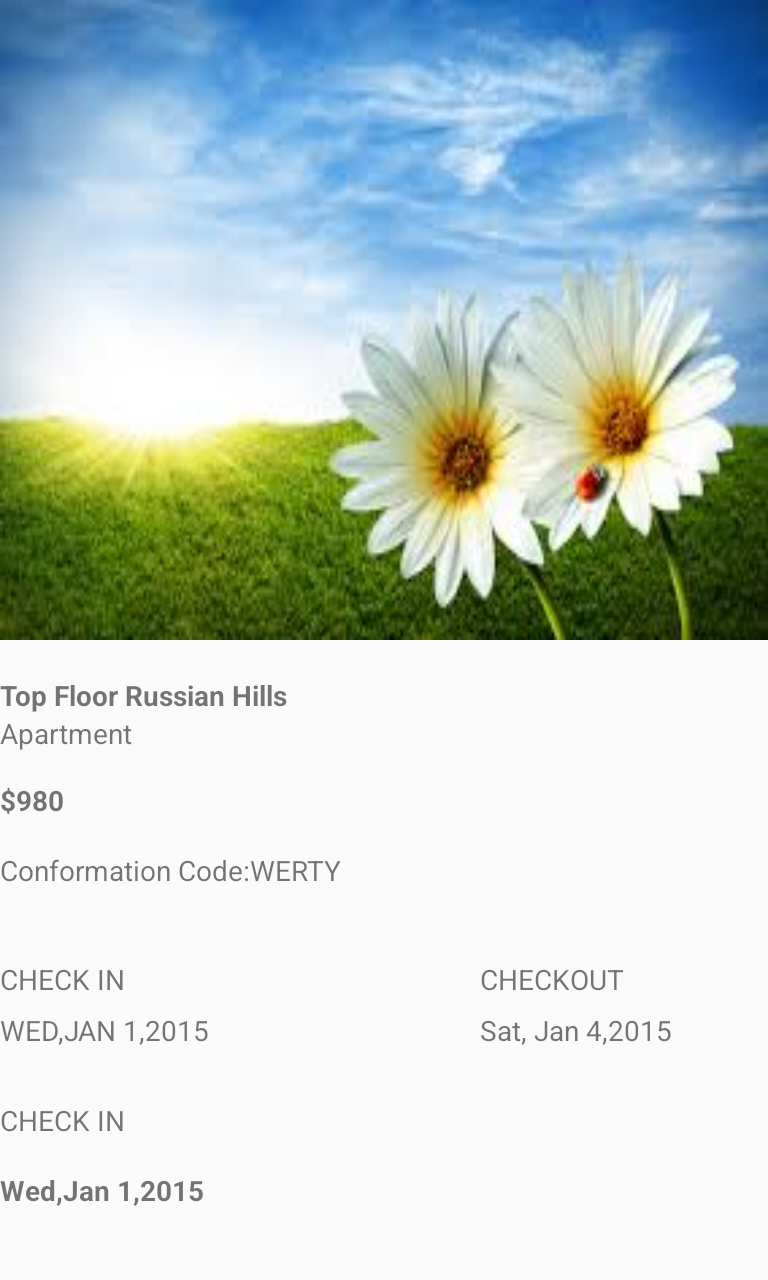
Repository: adarshnair13/my-project
Layout: example8/res/layout/activity_main.xml
The author's editor kept a copy of each file at every save. The layout is drawn from the files as they stood at one save, then again after the next save.
It is drawn on a 768 x 1280 px phone screen (xhdpi) without system bars, with theme AppTheme; the app's code is not run.

Above is the layout before, as saved 2015-02-05 09:48:44.

### example8/res/layout/activity_main.xml
<LinearLayout xmlns:android="http://schemas.android.com/apk/res/android"
    xmlns:tools="http://schemas.android.com/tools"
    android:id="@+id/LinearLayout1"
    android:layout_width="match_parent"
    android:layout_height="match_parent"
    android:orientation="vertical"
    android:weightSum="2.0"
    tools:context="com.adarsh.example8.MainActivity" >

    <RelativeLayout
        android:layout_width="match_parent"
        android:layout_height="0dp"
        android:layout_weight="1.0"
        android:background="@drawable/imagesr" >
    </RelativeLayout>

    <LinearLayout
        android:layout_width="match_parent"
        android:layout_height="0dp"
        android:layout_weight="1.0"
        android:orientation="vertical"
        android:weightSum="4.0" >

        <RelativeLayout
            android:layout_width="match_parent"
            android:layout_height="0dp"
            android:layout_weight="1.0" >

            <TextView
                android:id="@+id/textView1"
                android:layout_width="wrap_content"
                android:layout_height="wrap_content"
                android:layout_alignParentLeft="true"
                android:layout_alignParentTop="true"
                android:layout_marginTop="18dp"
                android:text="Top Floor Russian Hills"
                android:textStyle="bold" />

            <TextView
                android:id="@+id/textView2"
                android:layout_width="wrap_content"
                android:layout_height="wrap_content"
                android:layout_alignParentLeft="true"
                android:layout_below="@+id/textView1"
                android:text="Apartment" />
        </RelativeLayout>

        <RelativeLayout
            android:layout_width="match_parent"
            android:layout_height="wrap_content"
            android:layout_weight="1.0" >

            <TextView
                android:id="@+id/textView4"
                android:layout_width="match_parent"
                android:layout_height="wrap_content"
                android:layout_centerVertical="true"
                android:text="Conformation Code:WERTY" />

            <TextView
                android:id="@+id/textView3"
                android:layout_width="wrap_content"
                android:layout_height="wrap_content"
                android:layout_alignParentLeft="true"
                android:layout_alignParentTop="true"
                android:text="$980"
                android:textStyle="bold" />
        </RelativeLayout>

        <LinearLayout
            android:id="@+id/LinearLayout2"
            android:layout_width="match_parent"
            android:layout_height="0dp"
            android:layout_weight="1.0"
            android:orientation="horizontal"
            android:weightSum="2.0" >

            <RelativeLayout
                android:layout_width="0dp"
                android:layout_height="match_parent"
                android:layout_weight="1.0" >

                <TextView
                    android:id="@+id/textView7"
                    android:layout_width="wrap_content"
                    android:layout_height="wrap_content"
                    android:layout_alignParentLeft="true"
                    android:layout_alignParentTop="true"
                    android:text="CHECK IN" />

                <TextView
                    android:id="@+id/textView8"
                    android:layout_width="wrap_content"
                    android:layout_height="wrap_content"
                    android:layout_alignParentLeft="true"
                    android:layout_centerVertical="true"
                    android:text="WED,JAN 1,2015" />
            </RelativeLayout>

            <RelativeLayout
                android:layout_width="0dp"
                android:layout_height="match_parent"
                android:layout_weight="1.0" >

                <TextView
                    android:id="@+id/textView10"
                    android:layout_width="wrap_content"
                    android:layout_height="wrap_content"
                    android:layout_centerHorizontal="true"
                    android:layout_centerVertical="true"
                    android:text="Sat, Jan 4,2015" />

                <TextView
                    android:id="@+id/textView9"
                    android:layout_width="wrap_content"
                    android:layout_height="wrap_content"
                    android:layout_alignLeft="@+id/textView10"
                    android:layout_alignParentTop="true"
                    android:text="CHECKOUT" />
            </RelativeLayout>
        </LinearLayout>

        <RelativeLayout
            android:layout_width="match_parent"
            android:layout_height="wrap_content"
            android:layout_weight="1.0" >

            <TextView
                android:id="@+id/textView6"
                android:layout_width="match_parent"
                android:layout_height="wrap_content"
                android:layout_centerVertical="true"
                android:text="Wed,Jan 1,2015"
                android:textStyle="bold" />

            <TextView
                android:id="@+id/textView5"
                android:layout_width="wrap_content"
                android:layout_height="wrap_content"
                android:layout_alignParentLeft="true"
                android:layout_alignParentTop="true"
                android:text="CHECK IN" />
        </RelativeLayout>
    </LinearLayout>

</LinearLayout>

Loaded but not shown: example8/res/values/styles.xml (common file); example8/res/values-v11/styles.xml (common file); example8/res/values-v14/styles.xml (common file)

After the next save:
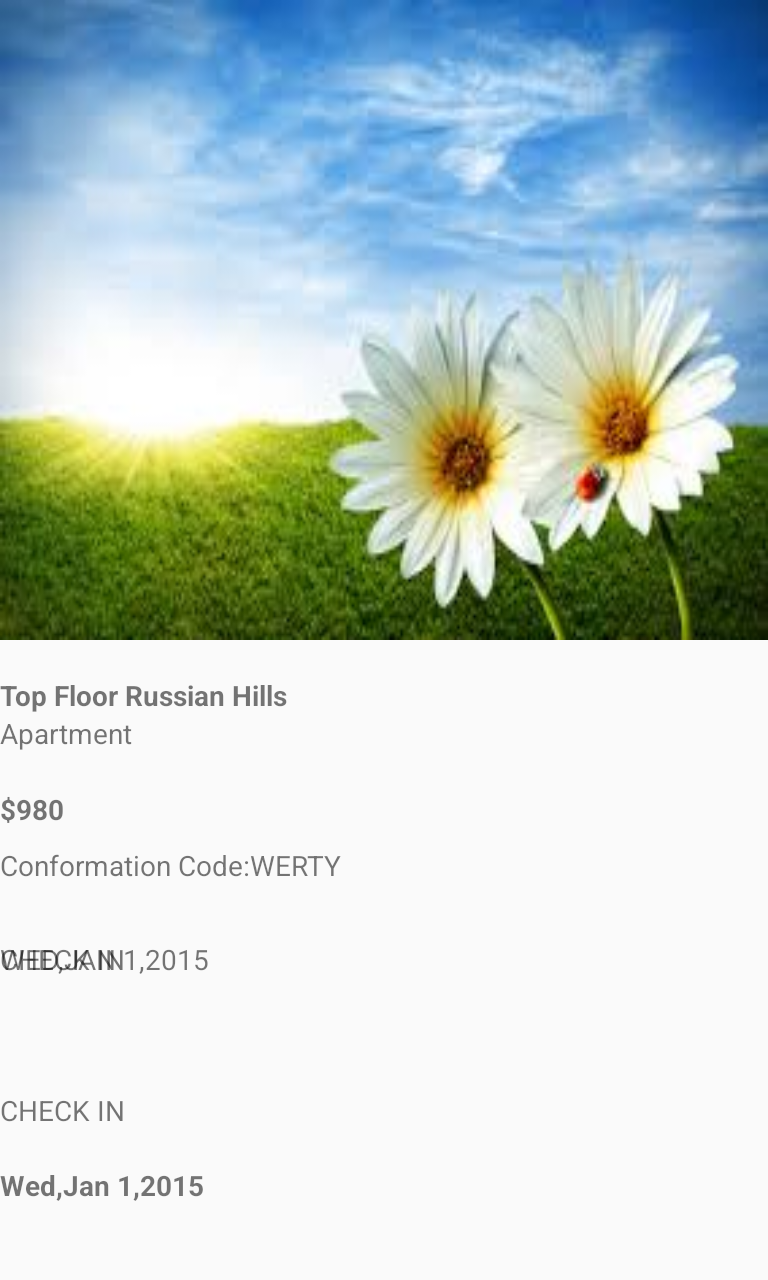
Saved 67 s later.
--- a/example8/res/layout/activity_main.xml
+++ b/example8/res/layout/activity_main.xml
@@ -47,7 +47,7 @@
 
         <RelativeLayout
             android:layout_width="match_parent"
-            android:layout_height="wrap_content"
+            android:layout_height="0dp"
             android:layout_weight="1.0" >
 
             <TextView
@@ -98,9 +98,9 @@
             </RelativeLayout>
 
             <RelativeLayout
-                android:layout_width="0dp"
-                android:layout_height="match_parent"
-                android:layout_weight="1.0" >
+               android:layout_width="match_parent"
+            android:layout_height="0dp"
+            android:layout_weight="1.0">
 
                 <TextView
                     android:id="@+id/textView10"
